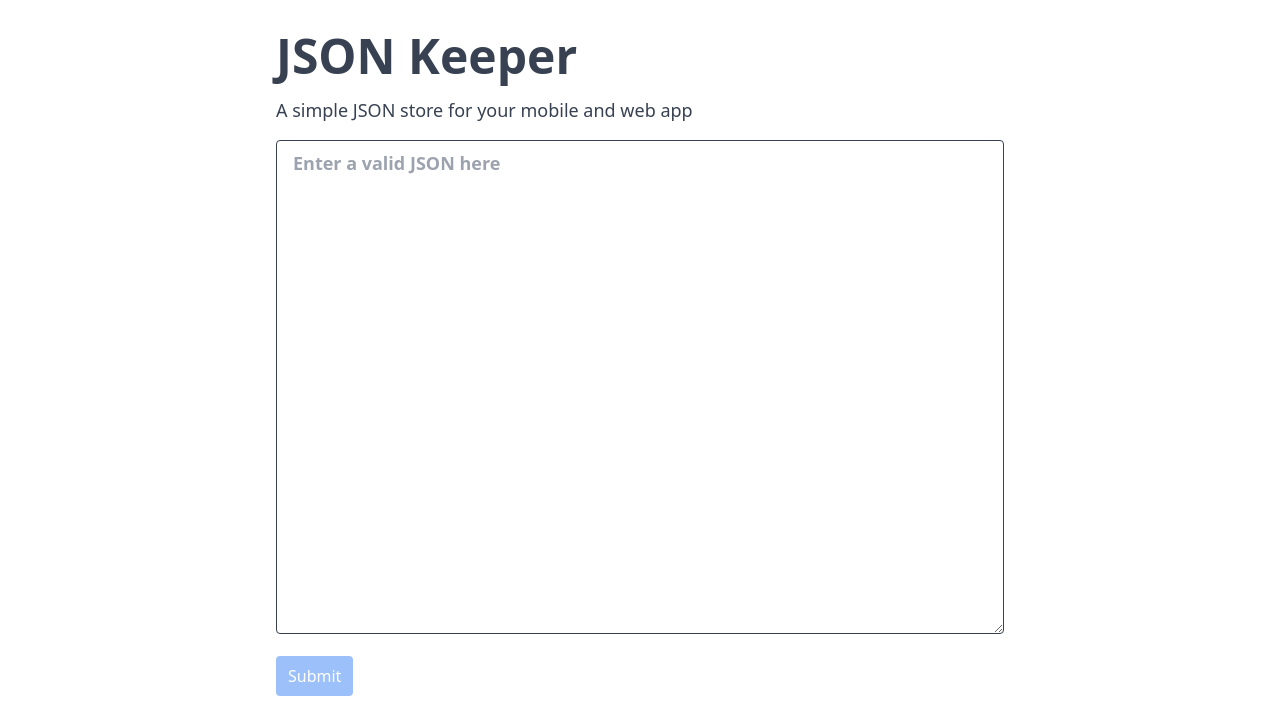
Repository: lakshithapramodya/jsonhub
Page: / (app in client/)
The author's editor kept a copy of each file at every save. The page is drawn from the files as they stood at one save, then again after the next save.
The browser window is 1280 px wide. The pictures show the whole page.
The page's requests for data from a server got no answer. The project was rebuilt for these pictures with package versions that can differ from the ones it lists, and the page was loaded fresh each time. No one was signed in, and anything a server would have sent is missing. Also part of the build but not shown: client/src/HandleJsonData.js.

Above is the page before, as saved 2023-05-10 12:33:12.

### client/src/index.js
import React from "react";
import ReactDOM from "react-dom/client";
import "./index.css";
import App from "./App";
import { BrowserRouter, Route, Routes } from "react-router-dom";
import HandleJsonData from "./HandleJsonData";

const root = ReactDOM.createRoot(document.getElementById("root"));
root.render(
  <React.StrictMode>
    <BrowserRouter>
      <Routes>
        <Route path="/" element={<App />} />
        <Route path=":url" element={<HandleJsonData />} />
      </Routes>
    </BrowserRouter>
  </React.StrictMode>
);

### client/src/App.js
import { useState } from "react";
import { SERVER_ENDPOINT } from "./config/Default";
import axios from "axios";

function App() {
  const [input, setInput] = useState([]);
  const [url, setUrl] = useState("");

  const sendRequest = async () => {
    const res = await axios
      .post(`${SERVER_ENDPOINT}/api/json`, {
        text: input,
      })
      .then()
      .catch((err) => console.log(err));
    const data = res.data;
    return data;
  };

  const handleSubmit = (e) => {
    e.preventDefault();
    sendRequest().then((res) => {
      console.log(res.url);
      res && setInput([]);
      setUrl(res.url);
    });
  };

  function isJsonString(str) {
    try {
      JSON.parse(str);
    } catch (e) {
      return false;
    }
    return true;
  }

  return (
    <div className="min-w-full min-h-screen flex flex-col">
      {url && (
        <a href={`${SERVER_ENDPOINT}/${url}`}>{`${SERVER_ENDPOINT}/${url}`}</a>
      )}
      <div className="flex flex-col mx-auto mt-8 w-full sm:w-[80%] md:w-[70%] lg:w-[60%] items-center justify-center">
        <form onSubmit={handleSubmit} className="w-full space-y-4 px-5">
          <h1 className="text-5xl font-semibold text-gray-700">JSON Keeper</h1>
          <p className="text-gray-700 text-lg">
            A simple JSON store for your mobile and web app
          </p>
          <textarea
            placeholder="Enter a valid JSON here"
            onChange={(e) => setInput(e.target.value)}
            value={input}
            rows={17}
            className={`border border-gray-700 w-full rounded p-2 px-4 text-lg font-semibold focus:outline-none`}
          />
          <button
            className="bg-blue-500 p-2 px-3 rounded text-white disabled:opacity-50"
            disabled={!isJsonString(input)}
            type="submit"
          >
            Submit
          </button>
        </form>
      </div>
    </div>
  );
}

export default App;

### client/src/config/Default.js
export const SERVER_ENDPOINT =
  process.env.REACT_APP_SERVER_ENDPOINT || "http://localhost:5000";

Loaded but not shown: client/public/index.html (common file); client/src/index.css (common file); client/tailwind.config.js (common file)

After the next save:
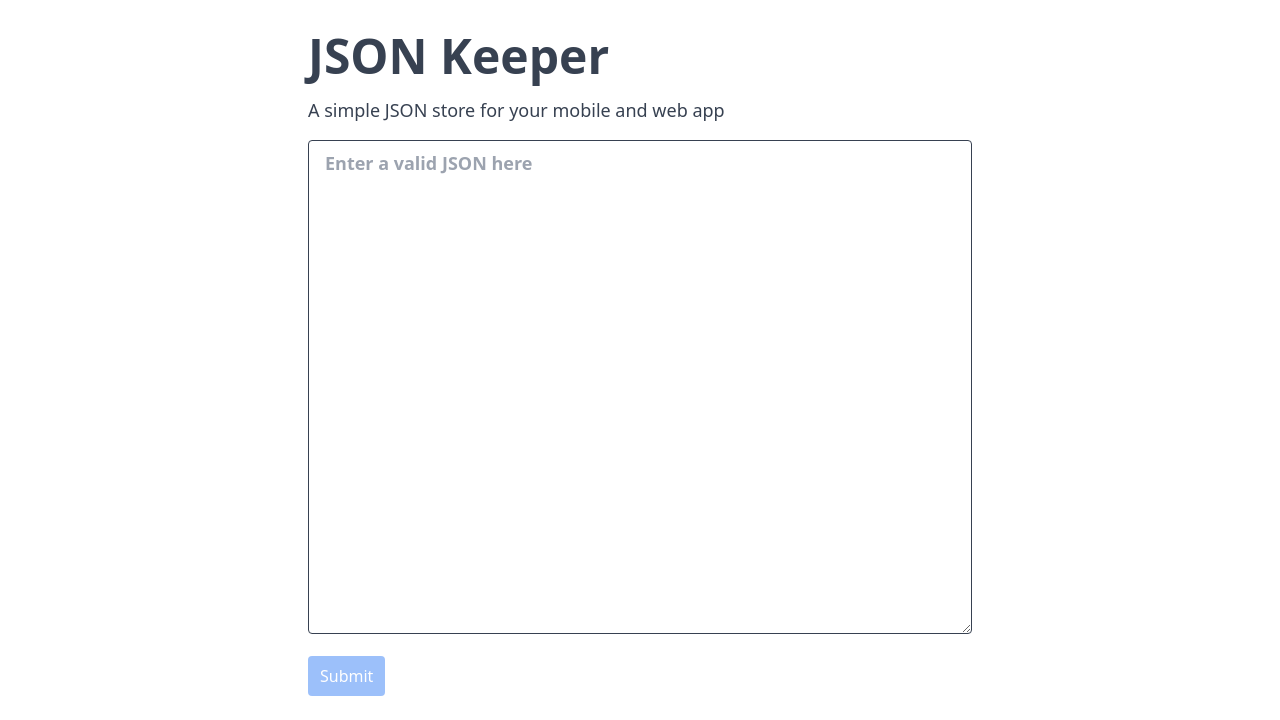
Saved 49 s later.
--- a/client/src/App.js
+++ b/client/src/App.js
@@ -40,7 +40,7 @@
       {url && (
         <a href={`${SERVER_ENDPOINT}/${url}`}>{`${SERVER_ENDPOINT}/${url}`}</a>
       )}
-      <div className="flex flex-col mx-auto mt-8 w-full sm:w-[80%] md:w-[70%] lg:w-[60%] items-center justify-center">
+      <div className="flex flex-col mx-auto mt-8 w-full sm:w-[80%] md:w-[70%] lg:w-[55%] items-center justify-center">
         <form onSubmit={handleSubmit} className="w-full space-y-4 px-5">
           <h1 className="text-5xl font-semibold text-gray-700">JSON Keeper</h1>
           <p className="text-gray-700 text-lg">

After the save that followed:
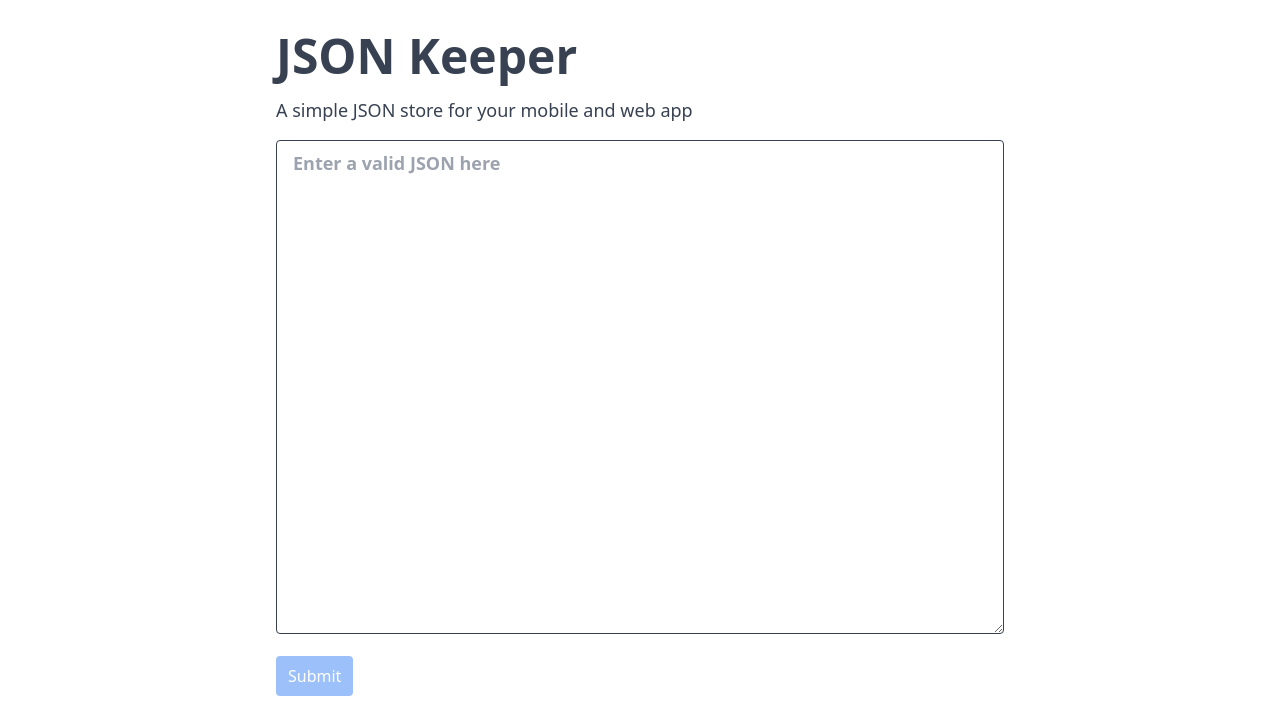
Saved 11 s later.
--- a/client/src/App.js
+++ b/client/src/App.js
@@ -40,7 +40,7 @@
       {url && (
         <a href={`${SERVER_ENDPOINT}/${url}`}>{`${SERVER_ENDPOINT}/${url}`}</a>
       )}
-      <div className="flex flex-col mx-auto mt-8 w-full sm:w-[80%] md:w-[70%] lg:w-[55%] items-center justify-center">
+      <div className="flex flex-col mx-auto mt-8 w-full sm:w-[80%] md:w-[70%] lg:w-[60%] items-center justify-center">
         <form onSubmit={handleSubmit} className="w-full space-y-4 px-5">
           <h1 className="text-5xl font-semibold text-gray-700">JSON Keeper</h1>
           <p className="text-gray-700 text-lg">
